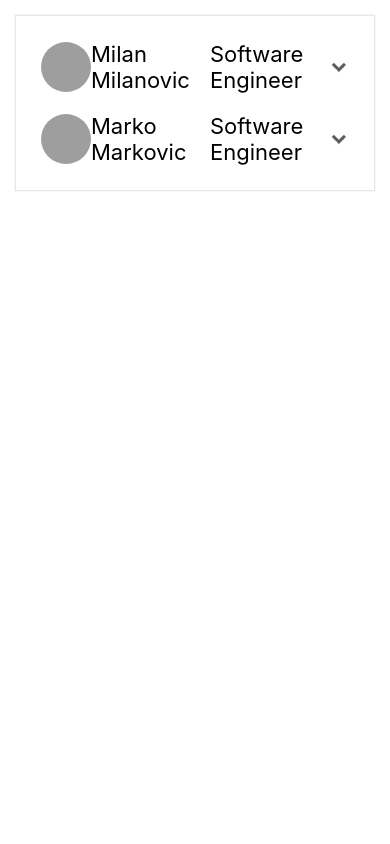
Repository: likanbl/intern-feature
Screen: /
An editor plug-in stored every save of this project. The screen is shown before and after the next save, followed by the edit.
Pictures or frames that could not be fetched are drawn as grey boxes. The app was drawn by React Native's web renderer in a window 390 px wide. The project was rebuilt for these pictures with package versions that can differ from the ones it lists, and the page was loaded fresh each time.

Above is the screen before, as saved 2019-09-13 11:19:54.

After the next save:
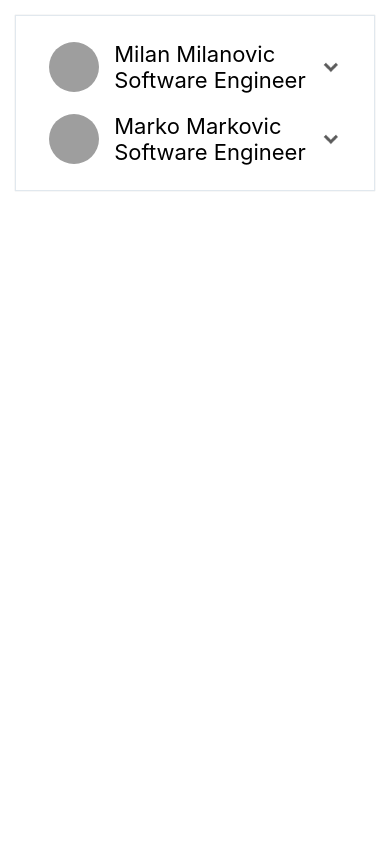
Saved 42 s later.
--- a/src/components/home/HomeItem.js
+++ b/src/components/home/HomeItem.js
@@ -45,8 +45,10 @@ class HomeItem extends Component {
                   'https://s3.amazonaws.com/uifaces/faces/twitter/ladylexy/128.jpg',
               }}
             />
-            <Text style={styles.title}>{this.props.item.Name}</Text>
-            <Text style={styles.title}>{this.props.item.role}</Text>
+            <View>
+              <Text style={styles.title}>{this.props.item.Name}</Text>
+              <Text style={styles.title}>{this.props.item.role}</Text>
+            </View>
             <Image
               source={isSelected ? images.close : images.expand}
               style={styles.image}
